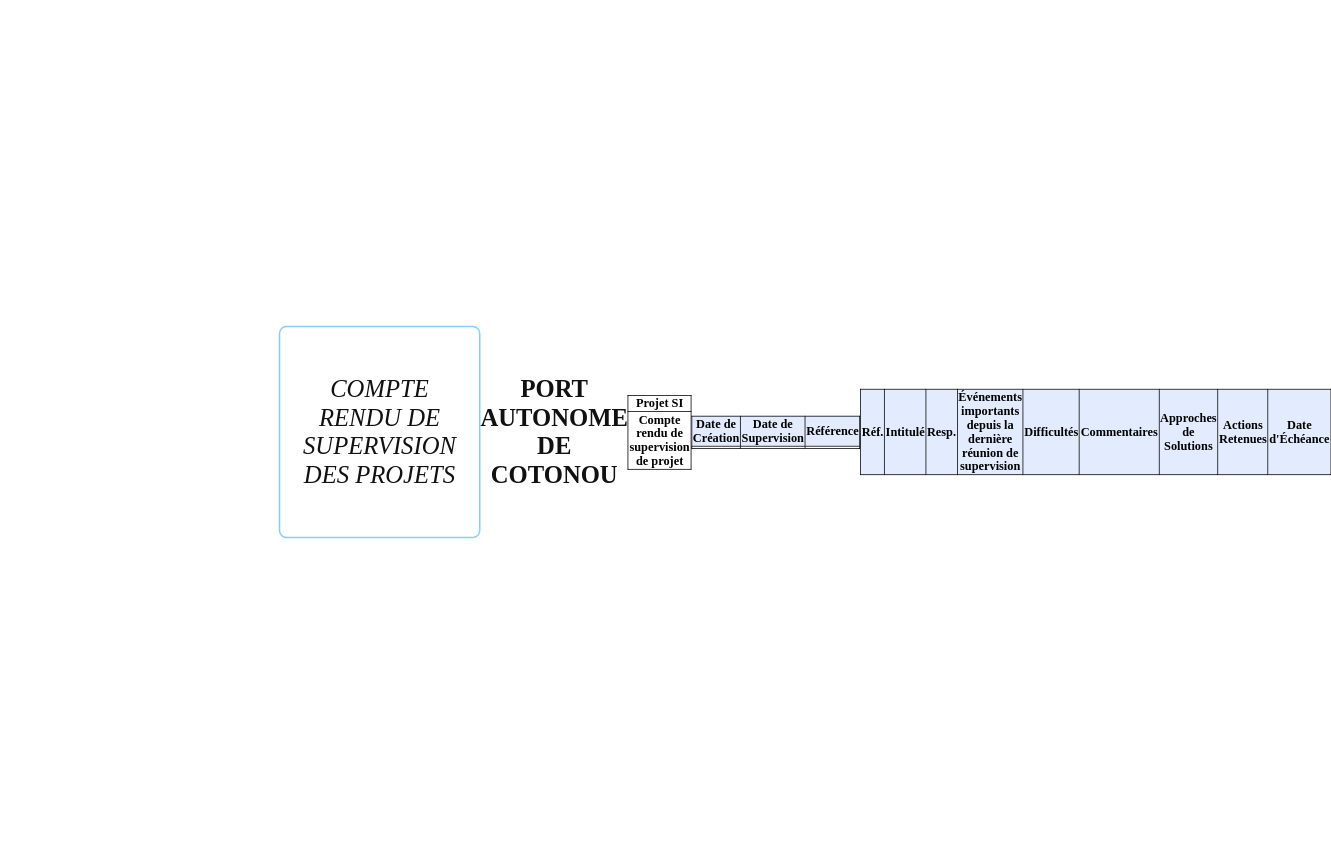
Repository: A2blackMZ/Project
Page: resources/views/report/seanceReport.blade.php
The author's editor kept a copy of each file at every save. The page is drawn from the files as they stood at one save, then again after the next save.
The browser window is 1280 px wide. The page is 1729 px wide, then 1691 px, so the pictures cover 1729 px, including what lies to the right of the window. The pictures show the whole page, at 77% of full size.
The page is served by the project's Laravel application, run on PHP 8.4 with Laravel 10. The template is opened directly, without the code that normally fills it, so the values that code supplies are empty.

Above is the page before, as saved 2024-04-04 10:19:35.

After the next save:
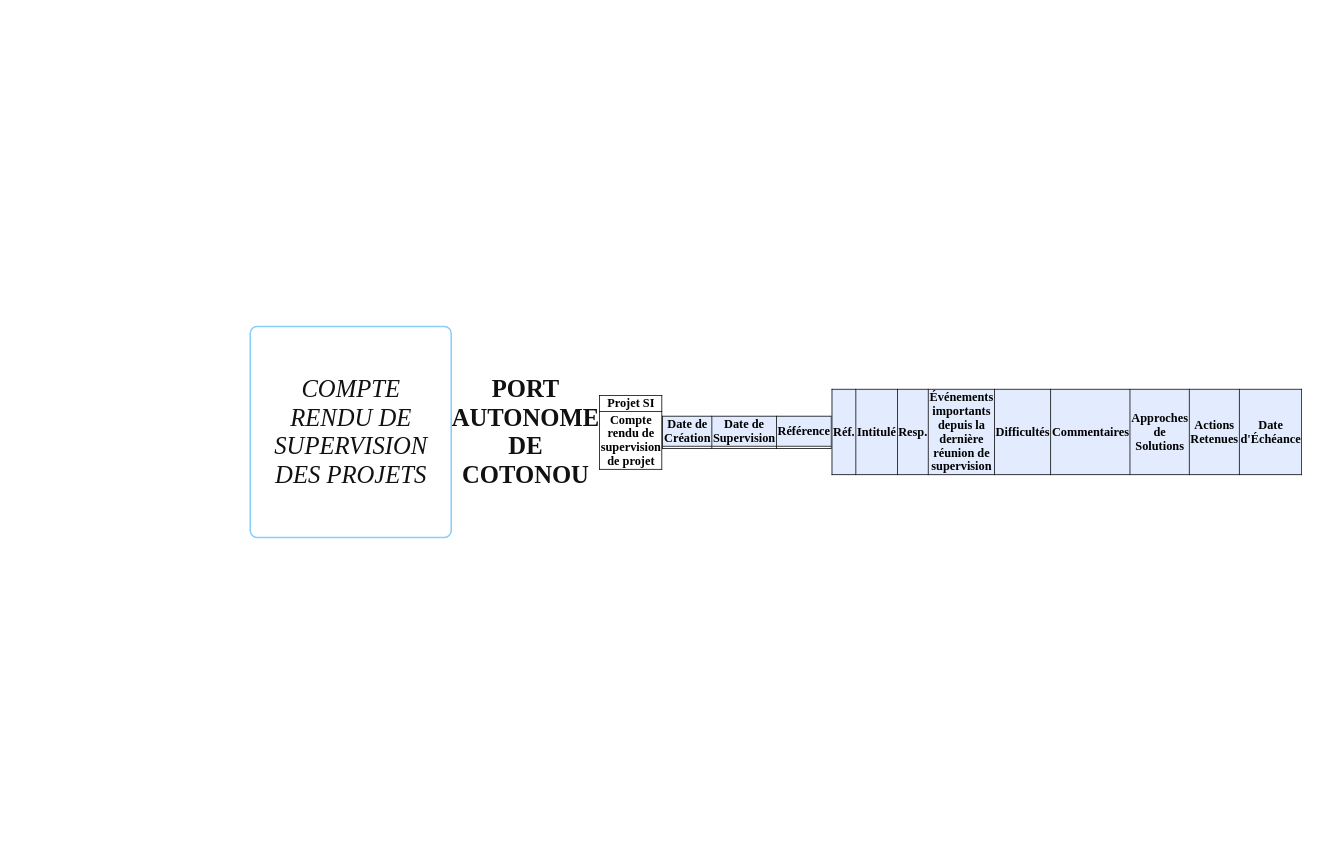
Saved 47 s later.
--- a/resources/views/report/seanceReport.blade.php
+++ b/resources/views/report/seanceReport.blade.php
@@ -47,9 +47,9 @@
             background-color: #ffffff;
             border: 2px solid #87CEFA;
             border-radius: 10px;
-            margin-bottom: 500px;
-            margin-top: 500px;
-            margin-left: 40%;
+            margin-bottom: 700px;
+            margin-top: 700px;
+            margin-left: 35%;
         }
 
 
